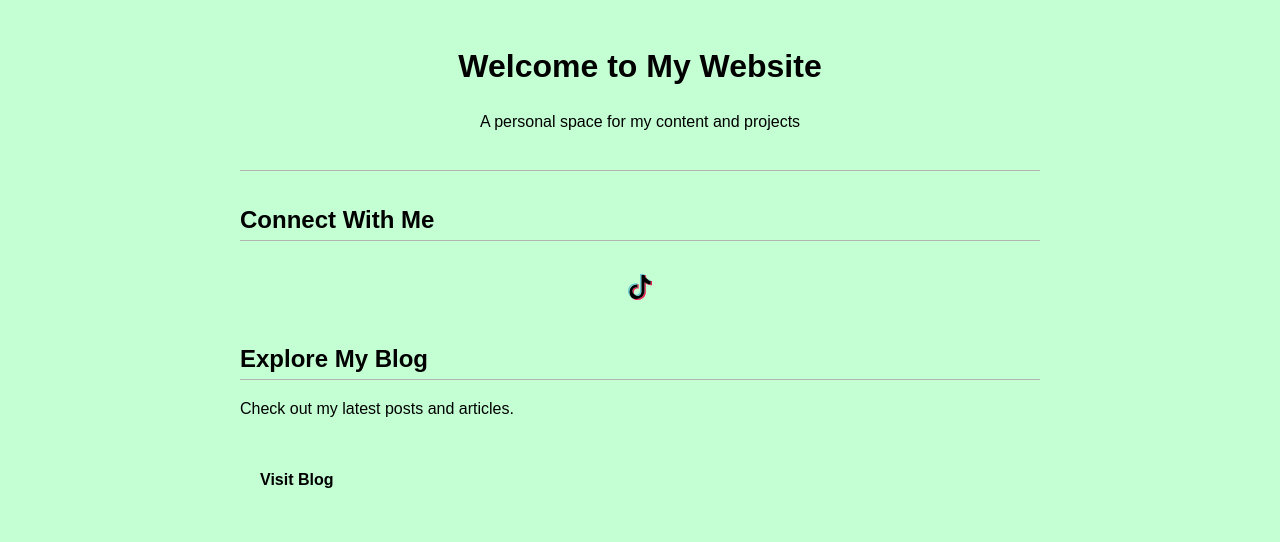
Repository: pjpatrick071/pjpatrick071.github.io
Page: index.html
An editor plug-in stored every save of this project. The page is shown before and after a run of saves, followed by the edit.
The browser window is 1280 px wide. The pictures show the whole page.

Above is the page before, as saved 2025-04-02 20:41:25.

After the next 2 saves:
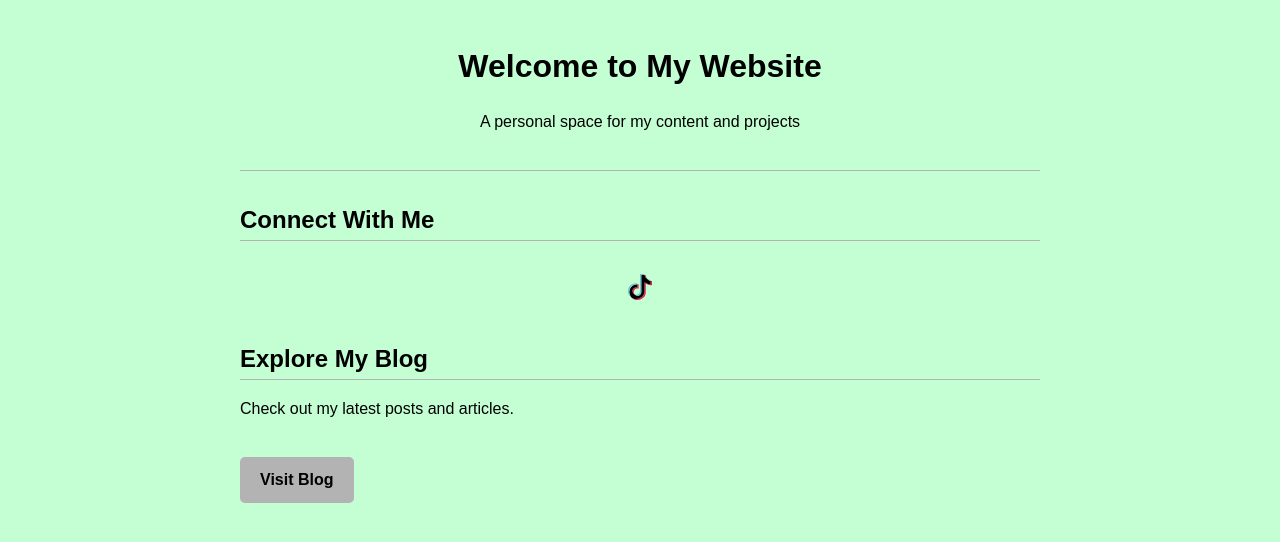
The 2 saves are shown as one change because they came seconds apart.
The last was saved 59 s later.
--- a/index.html
+++ b/index.html
@@ -62,7 +62,7 @@
 
         .cta-button {
             display: inline-block;
-            background-color: var(--soft-green);
+            background-color: var(--silver);
             color: var(--black);
             padding: 10px 20px;
             text-decoration: none;
